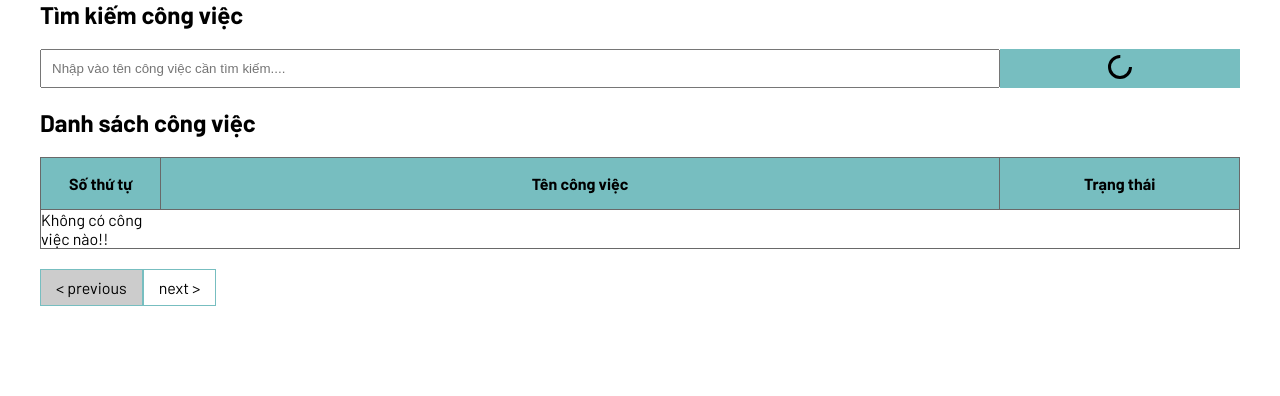
Repository: OkazakiTruong/searchReact
Page: /
These files come from the project's save history. The page is drawn as it stood at one moment and after the next save; the edit follows.
The browser window is 1280 px wide. The pictures show the whole page.
The page's requests for data from a server got no answer. The project was rebuilt for these pictures with package versions that can differ from the ones it lists, and the page was loaded fresh each time. No one was signed in, and anything a server would have sent is missing. Also part of the build but not shown: vite.config.js.

Above is the page before, as saved 2024-01-13 23:36:49.

### src/App.jsx
import React from "react";
import { SearchAppContainer } from "./SearchApp/SearchAppContainer";

export const App = () => {
  return (
    <div className="app">
      <SearchAppContainer />
    </div>
  );
};

### src/index.css
@import url("https://fonts.googleapis.com");
@import url("https://fonts.gstatic.com");
@import url("https://fonts.googleapis.com/css2?family=Barlow:ital,wght@0,100;0,200;0,300;0,400;0,500;0,600;0,700;0,800;0,900;1,100;1,200;1,300;1,400;1,500;1,600;1,700;1,800;1,900&display=swap");

* {
  padding: 0;
  margin: 0;
  box-sizing: border-box;
}

body {
  font-family: "Barlow", sans-serif;
}
ul,
li {
  list-style: none;
}

.app {
  max-width: 1250px;
  padding: 0 25px;
  margin: 0 auto;
}

### src/SearchApp/SearchAppContainer.jsx
import React, { useCallback, useEffect, useState, useRef } from "react";
import { ListTodo } from "./Todo/ListTodo";
import { Search } from "./Search/Search";
import { Pagination } from "./Pagination/Pagination";
import debounce from "lodash.debounce";
export const SearchAppContainer = () => {
  const [todos, setTodos] = useState(null);
  const [totalPage, setTotalPage] = useState(null);
  const [currentPage, setCurrentPage] = useState(1);
  const [isLoading, setIsLoading] = useState(false);
  const [filter, setFilter] = useState({
    title_like: "",
  });
  // const debounceDropDown = useRef(
  //   debounce((nextValue) => fetchDropdownOptions(nextValue), 1000)
  // ).current;
  useEffect(() => {
    const params = new URLSearchParams(filter).toString();
    //fetch api
    setIsLoading(true);
    fetch(
      `https://jsonplaceholder.typicode.com/todos?_page=${currentPage}&_limit=10&${params}`,
      {
        method: "GET",
        headers: {
          "Content-type": "application/json",
        },
      }
    )
      .then((response) => {
        setTotalPage(Math.ceil(+response.headers.get("x-total-count") / 10));
        return response.json();
      })
      .then((data) => {
        setIsLoading(false);
        setTodos(data);
      });
  }, [currentPage, filter]);
  const handlePageClick = (event) => {
    setCurrentPage(++event.selected);
  };
  const handleSearch = (event) => {
    const dataSearch = event.target.value;
    setFilter({ ...filter, title_like: `${dataSearch.trim()}` });
  };
  const handleSubmit = (title) => {
    setFilter({ ...filter, title_like: `${title.trim()}` });
  };
  return (
    <div>
      <Search
        todos={todos}
        handleSearch={handleSearch}
        handleSubmit={handleSubmit}
        isLoading={isLoading}
      />
      <ListTodo todos={todos} />
      <Pagination totalPage={totalPage} handlePageClick={handlePageClick} />
    </div>
  );
};

### src/SearchApp/Todo/ListTodo.jsx
import React from "react";
import "./listTodo.css";

export const ListTodo = ({ todos }) => {
  return (
    <>
      <h2>Danh sách công việc</h2>
      <table>
        <tbody>
          <tr>
            <th className="numerical-order">Số thứ tự</th>
            <th className="todo-name">Tên công việc</th>
            <th className="status">Trạng thái</th>
          </tr>
          {!todos?.length
            ? "Không có công việc nào!!"
            : todos.map((todo, index) => (
                <tr key={todo.id}>
                  <td className="numeric-order">{todo.id}</td>
                  <td>{todo.title}</td>
                  <td>
                    {todo.completed ? "Đã hoàn thành" : "Chưa hoàn thành"}
                  </td>
                </tr>
              ))}
        </tbody>
      </table>
    </>
  );
};

### src/SearchApp/Search/Search.jsx
import React, { useEffect, useRef, useState } from "react";
import "./Search.css";

export const Search = ({ todos, handleSearch, handleSubmit, isLoading }) => {
  const suggestRef = useRef(null);
  const inputRef = useRef(null);
  const searchContainerRef = useRef(null);
  const handleFocus = () => {
    console.log(suggestRef.current);
    suggestRef.current.classList.add("active");
  };
  const handleClickOutside = (event) => {
    const { target } = event;
    if (!searchContainerRef.current.contains(target)) {
      suggestRef.current.classList.remove("active");
    }
  };
  useEffect(() => {
    console.log(isLoading);
    document.addEventListener("click", handleClickOutside);
  });
  return (
    <>
      <h2>Tìm kiếm công việc</h2>
      <div className="search-container" ref={searchContainerRef}>
        <form
          onSubmit={(e) => {
            e.preventDefault();
            suggestRef.current.classList.remove("active");
            handleSubmit(inputRef.current.value);
          }}
        >
          <div className="search-bar">
            <input
              type="text"
              placeholder="Nhập vào tên công việc cần tìm kiếm...."
              onFocus={handleFocus}
              ref={inputRef}
              onChange={(e) => {
                handleSearch(e);
              }}
            />
            <button type="submit" className="btn-submit">
              {isLoading ? (
                <img className="loading-icon" src="/rolling_loading.svg" />
              ) : (
                "Tìm kiếm"
              )}
            </button>
          </div>
        </form>
        <div className="search-suggest" ref={suggestRef}>
          {todos === null
            ? "Không có todo nào"
            : todos?.map((todo) => {
                return (
                  <p
                    className="todo-search-suggest"
                    key={todo.id}
                    onClick={(e) => {
                      console.log(e.target.innerText);
                      inputRef.current.value += " " + e.target.innerText;
                    }}
                  >
                    {todo.title}
                  </p>
                );
              })}
        </div>
      </div>
    </>
  );
};

### src/SearchApp/Pagination/Pagination.jsx
import React from "react";
import ReactPaginate from "react-paginate";
import "./pagination.css";

export const Pagination = ({ totalPage, handlePageClick }) => {
  return (
    <div className="pagination-container">
      <ReactPaginate
        nextLabel="next >"
        onPageChange={handlePageClick}
        pageRangeDisplayed={3}
        marginPagesDisplayed={2}
        pageCount={totalPage}
        previousLabel="< previous"
        pageClassName="page-item"
        pageLinkClassName="page-link"
        previousClassName="page-item"
        previousLinkClassName="page-link"
        nextClassName="page-item"
        nextLinkClassName="page-link"
        breakLabel="..."
        breakClassName="page-item"
        breakLinkClassName="page-link"
        containerClassName="pagination"
        activeClassName="active"
        renderOnZeroPageCount={null}
      />
    </div>
  );
};

### src/SearchApp/Todo/listTodo.css
table {
  width: 100%;
}
table,
th,
td {
  border: 1px solid #696969;
  border-collapse: collapse;
}
th,
td {
  padding: 16px;
}
th {
  background-color: #77bec0;
}
th.todo-name {
  width: 70%;
}
th.numeric-order {
  width: 10%;
}
th.status {
  width: 20%;
}
td.numeric-order {
  text-align: center;
}
h2 {
  margin-bottom: 20px;
}

### src/SearchApp/Search/Search.css
input {
  width: 80%;
  padding: 10px;
}

button {
  width: 20%;
  cursor: pointer;
  background-color: #77bec0;
  border: #77bec0;
  font-weight: 600;
  font-size: 16px;
}
.loading-icon {
  width: 30px;
}
.btn-submit:hover {
  background-color: #90d7da;
}
.search-container {
  margin: 20px 0;
  position: relative;
}
.search-bar {
  display: flex;
  width: 100%;
}
.search-suggest {
  border: 1px solid #77bec0;
  position: absolute;
  width: 80%;
  height: 200px;
  background-color: white;
  padding: 10px 0 10px 0;
  overflow: auto;
  visibility: hidden;
}
.search-suggest.active {
  visibility: visible;
  background-color: white;
}
.search-suggest::-webkit-scrollbar-track {
  -webkit-box-shadow: inset 0 0 6px rgba(0, 0, 0, 0.3);
  background-color: #f5f5f5;
}
.search-suggest::-webkit-scrollbar {
  width: 4px;
  background-color: #f5f5f5;
}
.search-suggest::-webkit-scrollbar-thumb {
  background-color: #579092;
  border: 2px solid #579092;
}

.todo-search-suggest {
  padding: 10px;
}
.todo-search-suggest:hover {
  background-color: #ccc;
  cursor: pointer;
}

### src/SearchApp/Pagination/pagination.css
.pagination-container {
  margin: 20px 0 !important;
}
.pagination {
  display: flex;
}
.pagination .page-link {
  border: 1px solid #77bec0;
  display: block;
  padding: 8px 15px;
  cursor: pointer;
  user-select: none;
}

.pagination .page-link:hover {
  background-color: #e4e4e4;
}

.active {
  background-color: #77bec0;
}

.disabled {
  background-color: #ccc;
  cursor: not-allowed;
}

Loaded but not shown: index.html (common file); src/main.jsx (common file)

After the next save:
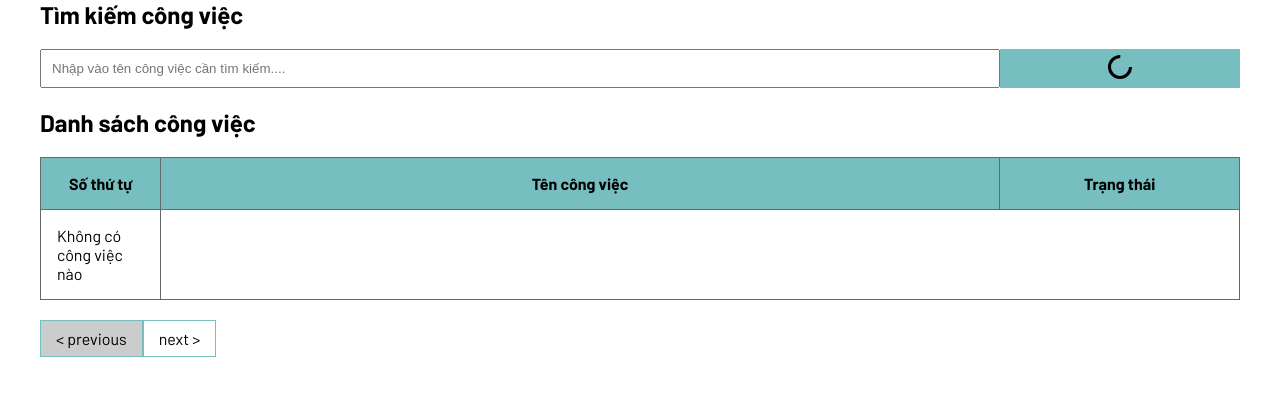
Saved 91 s later.
--- a/src/SearchApp/Todo/ListTodo.jsx
+++ b/src/SearchApp/Todo/ListTodo.jsx
@@ -12,17 +12,19 @@ export const ListTodo = ({ todos }) => {
             <th className="todo-name">Tên công việc</th>
             <th className="status">Trạng thái</th>
           </tr>
-          {!todos?.length
-            ? "Không có công việc nào!!"
-            : todos.map((todo, index) => (
-                <tr key={todo.id}>
-                  <td className="numeric-order">{todo.id}</td>
-                  <td>{todo.title}</td>
-                  <td>
-                    {todo.completed ? "Đã hoàn thành" : "Chưa hoàn thành"}
-                  </td>
-                </tr>
-              ))}
+          {!todos?.length ? (
+            <tr>
+              <td>Không có công việc nào</td>
+            </tr>
+          ) : (
+            todos.map((todo, index) => (
+              <tr key={todo.id}>
+                <td className="numeric-order">{todo.id}</td>
+                <td>{todo.title}</td>
+                <td>{todo.completed ? "Đã hoàn thành" : "Chưa hoàn thành"}</td>
+              </tr>
+            ))
+          )}
         </tbody>
       </table>
     </>
